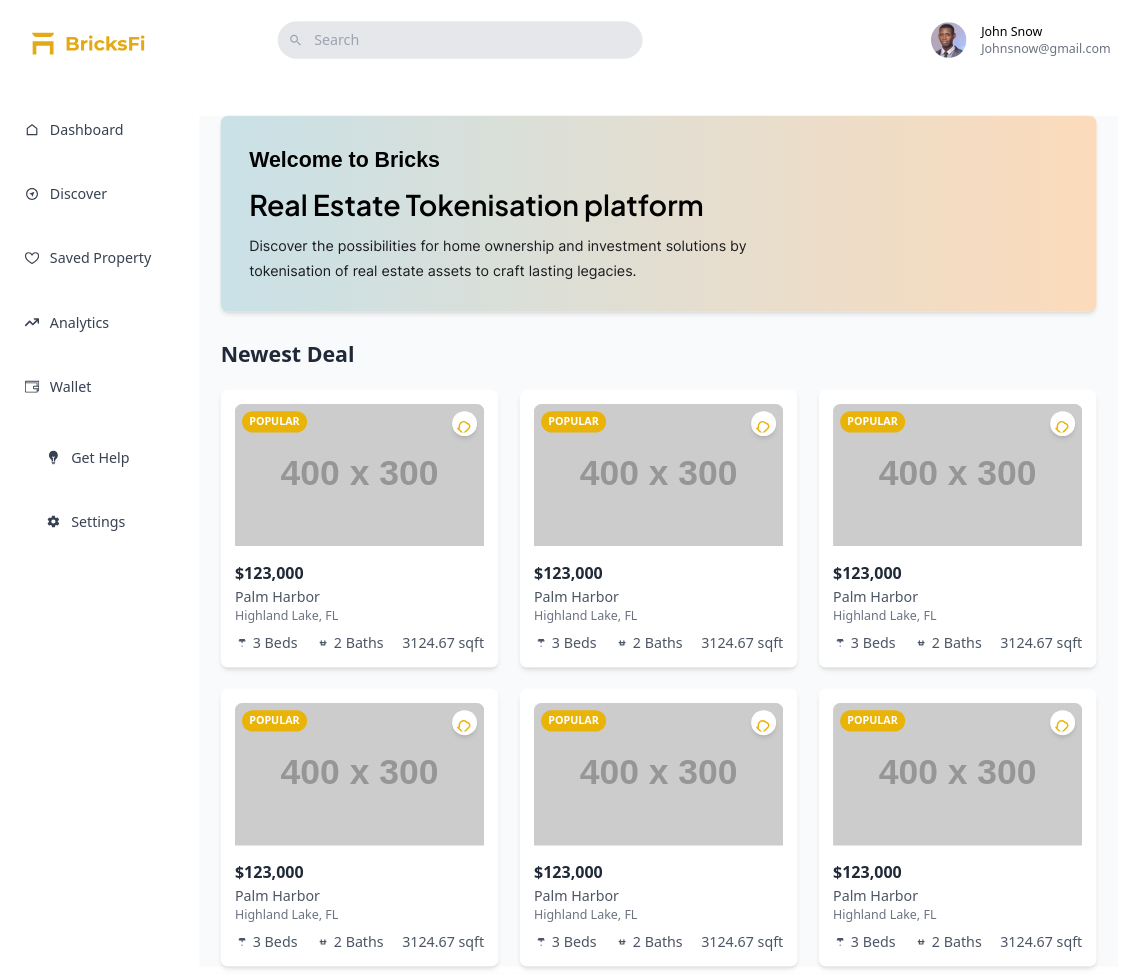
Repository: AyomideAkintade/BricksFi-Frontend
Page: /dashboard/discover (app in client/)
These files come from the project's save history. The page is drawn as it stood at one moment and after the next save; the edit follows.
The browser window is 1280 px wide. The pictures show the whole page, at 89% of full size.
The page's requests for data from a server got no answer. The project was rebuilt for these pictures with package versions that can differ from the ones it lists, and the page was loaded fresh each time. No one was signed in, and anything a server would have sent is missing. Also part of the build but not shown: client/src/components/navbar.jsx, client/src/components/home.jsx, client/src/components/homeSecond.jsx, client/src/components/homeThird.jsx, client/src/components/homeFifth.jsx, client/src/components/homeSixth.jsx, client/src/components/homeSeventh.jsx, client/src/api/base.js and 16 more.

Above is the page before, as saved 2024-10-04 23:38:59.

### client/src/index.css
@import "tailwindcss/base";
@import "tailwindcss/components";
@import "tailwindcss/utilities";


@layer utilities {
    @font-face {
      font-family: Bebas Neue;
      font-weight: 400;
      src: url(/src/assets/fonts/BebasNeue-Regular.ttf) format("truetype");
    }
    @font-face {
      font-family: Manrope;
      src: url(/src/assets/fonts/Manrope-VariableFont_wght.ttf) format("truetype");
    }
    @font-face {
      font-family: DM Sans;
      src: url(/src/assets/fonts/DMSans-VariableFont_opsz.ttf) format("truetype");
    }
    @font-face {
      font-family: inter;
      src: url(/src/assets/fonts/Inter-VariableFont_slnt\,wght.ttf) format("truetype");
    }
    @font-face {
      font-family: Archivo;
      src: url(/src/assets/fonts/Archivo-Bold.ttf) format("truetype");
    }
    @font-face {
      font-family: Rubik;
      src: url(/src/assets/fonts/Rubik-VariableFont_wght.ttf) format("truetype");
    }
    @font-face {
      font-family: CircularStd;
      src: url(/src/assets/fonts/CircularStd-Bold.ttf) format("truetype");
      src: url(/src/assets/fonts/CircularStd-Medium.ttf) format("truetype");
    }
    @font-face {
        font-family: Poppins;
        src: url(/src/assets/fonts/Poppins-Regular.ttf) format("truetype"), url(/src/assets/fonts/Poppins-Bold.ttf) format("truetype"), url(/src/assets/fonts/Poppins-Medium.ttf) format("truetype");
      }
    @font-face {
      font-family: Lato;
      src: url(/src/assets/fonts/Lato-Regular.ttf) format("truetype"), url(/src/assets/fonts/Lato-Bold.ttf) format("truetype");
    }
    @font-face {
      font-family: satoshi;
      src: url(/src/assets/fonts/Satoshi-Variable.ttf) format("truetype");
    }
    @font-face {
      font-family: ClashDisplay;
      src: url(/src/assets/fonts/ClashDisplay-Variable.ttf) format("truetype");
    }
    @font-face {
      font-family: Outfit;
      src: url(/src/assets/fonts/Outfit-VariableFont_wght.ttf) format("truetype");
    }
    @font-face {
      font-family: Futura;
      src: url(/src/assets/fonts/Futura-Std-Book.ttf) format("truetype");
    }
    @font-face {
      font-family: NeurialGrotesk;
      font-weight: normal;
      src:  url(/src/assets/fonts/NeurialGrotesk-Regular.otf) format("opentype");
    }
    @font-face {
      font-family: NeurialGrotesk;
      font-weight: bold;
      src:  url(/src/assets/fonts/NeurialGrotesk-Bold.otf) format("opentype");
    }
    @font-face {
      font-family: NeurialGrotesk;
      font-weight: 500;
      src:  url(/src/assets/fonts/NeurialGrotesk-Medium.otf) format("opentype");
    }
    @font-face {
        font-family: Jakarta;
        src:  url(/src/assets/fonts/PlusJakartaSans-VariableFont_wght.ttf) format("truetype");
      }
}

### client/src/App.js
import { BrowserRouter as Router, Route, Routes } from "react-router-dom";
import Home from "./pages/homePage";
import HomeFourth from "./components/login.jsx";
import HomeEight from "./components/signup.jsx";
import ForgotPasswordPage from "./components/forgotPassword.jsx";
import DashboardLayout from "./pages/dashboardLayout";
import DashboardPage from "./pages/dashboard.jsx";
import PieAnalytics from "./components/analytics.jsx";
import Discover from "./components/discover.jsx";
import SavedPropertyPage from "./components/savedProperties.jsx";
import { ToastContainer } from "react-toastify";
import 'react-toastify/dist/ReactToastify.css';
import { useEffect, useState } from "react";
import { BrCookies } from "./utils/storage/cookies.js";
// import DiscoverPage from "./pages/discover.jsx";
// import SavedPropertyPage from "./pages/savedProperty.jsx";

function App() {

  const [ loggedIn, setLoggedIn ] = useState(false);
  const [ isLoading, setLoading ] = useState(true);

  useEffect(()=>{
    const ck = new BrCookies(document);
    ck.getCookie('authToken')
      .then((value) => {
        setLoggedIn(true);
        setLoading(false);
      })
      .catch((e) => {
        setLoading(false);
        // this.setState({ isLoading: false }); // Set loading to false even if there is an error
      });
  }, [])
  if (isLoading) {
    return <div></div>;
  }

  return (
    <div>
      <ToastContainer limit={5} />
      {loggedIn ?
      <Router>
        <Routes>
          <Route path="*" element={<DashboardLayout />}>
            <Route index element={<DashboardPage />} />
          </Route>
          <Route path="/dashboard" element={<DashboardLayout />}>
            <Route index element={<DashboardPage />} />
            <Route path="discover" element={<Discover/>} />
            <Route path="saved-property" element={<SavedPropertyPage/>} />
            <Route path="analytics" element={<PieAnalytics />} />
          </Route>
        </Routes>
      </Router>
      :
      <Router>
        <Routes>
          {/* Public Routes */}
          <Route path="/" element={<Home />} />
          <Route path="/login" element={<HomeFourth />} />
          <Route path="/signup" element={<HomeEight />} />
          <Route path="/forgot-password" element={<ForgotPasswordPage />} />

          {/* Dashboard Routes with Sidebar and Header */}
          <Route path="/dashboard" element={<DashboardLayout />}>
            <Route index element={<DashboardPage />} />
            <Route path="discover" element={<Discover/>} />
            <Route path="saved-property" element={<SavedPropertyPage/>} />
            <Route path="analytics" element={<PieAnalytics />} />
          </Route>
        </Routes>
      </Router>
      }
    </div>
  );
}

export default App;

### client/src/pages/dashboardLayout.jsx
import React from 'react';
import Sidebar from '../components/sidebar';
import Header from '../components/header';
import { Outlet } from 'react-router-dom';

const DashboardLayout = () => {
  return (
    <div className="flex">
      {/* Sidebar */}
      <Sidebar />

      <div className="flex-1 ml-[200px]">
        {/* Header */}
        <Header />

        <div className="px-6 py-2">
          {/* Outlet will render the child routes here */}
          <Outlet />
        </div>
      </div>
    </div>
  );
};

export default DashboardLayout;

### client/src/components/discover.jsx
import React from 'react';

const properties = [
  {
    id: 1,
    price: "$123,000",
    name: "Palm Harbor",
    location: "Highland Lake, FL",
    bedrooms: 3,
    bathrooms: 2,
    area: "3124.67 sqft",
    imageUrl: "https://via.placeholder.com/400x300", // Replace with actual image URL
    popular: true,
  },
  {
    id: 2,
    price: "$123,000",
    name: "Palm Harbor",
    location: "Highland Lake, FL",
    bedrooms: 3,
    bathrooms: 2,
    area: "3124.67 sqft",
    imageUrl: "https://via.placeholder.com/400x300", // Replace with actual image URL
    popular: true,
  },
  {
    id: 3,
    price: "$123,000",
    name: "Palm Harbor",
    location: "Highland Lake, FL",
    bedrooms: 3,
    bathrooms: 2,
    area: "3124.67 sqft",
    imageUrl: "https://via.placeholder.com/400x300", // Replace with actual image URL
    popular: true,
  },
  {
    id: 4,
    price: "$123,000",
    name: "Palm Harbor",
    location: "Highland Lake, FL",
    bedrooms: 3,
    bathrooms: 2,
    area: "3124.67 sqft",
    imageUrl: "https://via.placeholder.com/400x300", // Replace with actual image URL
    popular: true,
  },
  {
    id: 5,
    price: "$123,000",
    name: "Palm Harbor",
    location: "Highland Lake, FL",
    bedrooms: 3,
    bathrooms: 2,
    area: "3124.67 sqft",
    imageUrl: "https://via.placeholder.com/400x300", // Replace with actual image URL
    popular: true,
  },
  {
    id: 6,
    price: "$123,000",
    name: "Palm Harbor",
    location: "Highland Lake, FL",
    bedrooms: 3,
    bathrooms: 2,
    area: "3124.67 sqft",
    imageUrl: "https://via.placeholder.com/400x300", // Replace with actual image URL
    popular: true,
  },
  // Add more property data as needed
];

const Discover = () => {
  return (
    <div className="bg-gray-50 min-h-screen">
      {/* Hero Section */}
      <section className="bg-gradient-to-r from-[#C9E1E7] to-[#FCDBBB] p-8 rounded-lg mx-6 my-8 shadow-md">
        <div className="flex">
          <div className='flex flex-col gap-2 w-8/12'>
            <h1 className="text-[24px] font-semibold font-[sans-serif]">
              Welcome to Bricks
            </h1>
            <p className="text-[32px] font-semibold font-jakarta">
              Real Estate Tokenisation platform
            </p>
            <p className="text-[#1C1B1F] tracking-[2%] font-inter leading-[28px]">
              Discover the possibilities for home ownership and investment
              solutions by tokenisation of real estate assets to craft lasting
              legacies.
            </p>
          </div>
          {/* <div>
            <img
              src="https://via.placeholder.com/600x400" // Replace with actual image URL
              alt="Real Estate Building"
              className="w-full rounded-lg"
            />
          </div> */}
        </div>
      </section>

      {/* Newest Deal Section */}
      <section className="px-6">
        <h2 className="text-2xl font-semibold text-gray-800 mb-6">Newest Deal</h2>
        <div className="grid grid-cols-1 md:grid-cols-3 lg:grid-cols-3 gap-6">
          {properties.map((property) => (
            <div key={property.id} className="bg-white p-4 rounded-lg shadow-md">
              <div className="relative">
                <img
                  src={property.imageUrl}
                  alt={property.name}
                  className="w-full h-40 object-cover rounded-t-lg"
                />
                {property.popular && (
                  <div className="absolute top-2 left-2 bg-yellow-500 text-white text-xs font-semibold px-2 py-1 rounded-full">
                    POPULAR
                  </div>
                )}
                <button className="absolute top-2 right-2 bg-white p-1 rounded-full shadow-md">
                  <svg
                    xmlns="http://www.w3.org/2000/svg"
                    fill="none"
                    viewBox="0 0 24 24"
                    stroke="currentColor"
                    className="w-5 h-5 text-yellow-500"
                  >
                    <path
                      strokeLinecap="round"
                      strokeLinejoin="round"
                      strokeWidth={2}
                      d="M5.121 17.804A4.992 4.992 0 015 15c0-1.38.56-2.63 1.464-3.536l.707-.707c.879-.88 2.03-1.464 3.537-1.464 1.507 0 2.658.584 3.537 1.464l.707.707A4.992 4.992 0 0119 15a4.992 4.992 0 01-1.465 3.535l-6.585 6.585a1 1 0 01-1.414 0l-6.585-6.585z"
                    />
                  </svg>
                </button>
              </div>
              <div className="mt-4">
                <h3 className="text-lg font-semibold text-gray-800">{property.price}</h3>
                <p className="text-gray-600">{property.name}</p>
                <p className="text-sm text-gray-500">{property.location}</p>
                <div className="flex items-center justify-between mt-2">
                  <div className="flex items-center text-gray-600">
                    <svg
                      xmlns="http://www.w3.org/2000/svg"
                      fill="none"
                      viewBox="0 0 24 24"
                      stroke="currentColor"
                      className="w-4 h-4 mr-1"
                    >
                      <path
                        strokeLinecap="round"
                        strokeLinejoin="round"
                        strokeWidth={2}
                        d="M8 7h8M7 9h10M12 12V9m0 9h.01"
                      />
                    </svg>
                    {property.bedrooms} Beds
                  </div>
                  <div className="flex items-center text-gray-600">
                    <svg
                      xmlns="http://www.w3.org/2000/svg"
                      fill="none"
                      viewBox="0 0 24 24"
                      stroke="currentColor"
                      className="w-4 h-4 mr-1"
                    >
                      <path
                        strokeLinecap="round"
                        strokeLinejoin="round"
                        strokeWidth={2}
                        d="M7 12h10M9 12v4h6v-4M9 9v3m6-3v3"
                      />
                    </svg>
                    {property.bathrooms} Baths
                  </div>
                  <div className="text-gray-600">{property.area}</div>
                </div>
              </div>
            </div>
          ))}
        </div>
      </section>
    </div>
  );
};

export default Discover;

### client/src/utils/storage/cookies.js

// eslint-disable-next-line no-unused-vars
class BrCookies {

    constructor(document) {
        this.document = document || (typeof document !== "undefined" ? document : null);
    }

    /**
     *
     * @param {Array<CookieData>} dataList
     */

    saveCookies(dataList){

        if (!Array.isArray(dataList)) {
            throw new Error("Data list must be an array.");
        }

        for (const data of dataList) {
            if (!(data instanceof CookieData)) {
                throw new Error("Invalid cookie data format.");
            }

            // save each cookie
            let cookieValue = `${data.name}=${data.value}; expires=${data.expiryDate.toUTCString()}; path=/`;

            // Set SameSite=None if running on localhost
            if (window.location.hostname !== 'localhost') {

                cookieValue += '; SameSite=Strict; Secure'
            }

            this.document.cookie = cookieValue;
        }
    }

    async getCookie(name) {
        return new Promise((resolve, reject) => {
          const cookies = this.document.cookie.split('; ');
          for (const cookie of cookies) {
            const [cookieName, cookieValue] = cookie.split('=');
            if (cookieName === name) {
              resolve(cookieValue);
              return;
            }
          }
          reject(new Error(`Cookie with name ${name} not found.`));
        });
    }

    removeCookie(name) {
        this.document.cookie = name + "=;Path=/;expires=Thu, 01 Jan 1970 00:00:00 GMT";
    }

    removeAllCookies() {
        const cookies = this.document.cookie.split(";");
        for (var i = 0; i < cookies.length; i++) {
            const cookie = cookies[i];
            const eqPos = cookie.indexOf("=");
            const name = eqPos > -1 ? cookie.substr(0, eqPos) : cookie;
            document.cookie = name + "=;Path=/;expires=Thu, 01 Jan 1970 00:00:00 GMT";
        }
    }
}


class CookieData {
    constructor(name, value, expiryDate) {

        if (typeof name !== "string" || typeof value !== "string" || !(expiryDate instanceof Date) || name.length === 0) {
            throw new Error("Invalid CookieData format.");
        }

        this.name = name;
        this.value = value;
        this.expiryDate = expiryDate;
    }
}

function createCookieDate(timeInSec) {

    const timeInDays = timeInSec / (3600 * 24);

    const currentDate = new Date();

    const futureDate = new Date();
    futureDate.setDate(currentDate.getDate() + timeInDays);


    return futureDate
}


export { BrCookies, CookieData, createCookieDate };

### client/src/components/sidebar.jsx
import React from 'react';
import { Link } from 'react-router-dom';
import { RiHomeLine } from "react-icons/ri";
import { RiCompassDiscoverLine } from "react-icons/ri";
import { GrFavorite } from "react-icons/gr";
import { FaArrowTrendUp } from "react-icons/fa6";
import { TfiWallet } from "react-icons/tfi";
import { IoBulbSharp } from "react-icons/io5";
import { IoMdSettings } from "react-icons/io";
import BricksFi from "../assets/bricksfi.svg"

const Sidebar = () => {
  return (
    <aside className="bg-white h-screen w-[15%] fixed p-3 min-w-[200px]">
      <div className="p-6">
        <img
        src={BricksFi}
        alt='BricksFi'
        className='w-full'
        />
      </div>
      <nav className="mt-8">
        <ul className="space-y-4">
          <li className="p-4 hover:bg-yellow-100">
            <Link to="/dashboard" className="flex items-center text-gray-700">
              <RiHomeLine className="mr-3" /> Dashboard
            </Link>
          </li>
          <li className="p-4 hover:bg-yellow-100">
            <Link to="/dashboard/discover" className="flex items-center text-gray-700">
              <RiCompassDiscoverLine className="mr-3" /> Discover
            </Link>
          </li>
          <li className="p-4 hover:bg-yellow-100">
            <Link to="/dashboard/saved-property" className="flex items-center text-gray-700">
              <GrFavorite className="mr-3" /> Saved Property
            </Link>
          </li>
          <li className="p-4 hover:bg-yellow-100">
            <Link to="/dashboard/analytics" className="flex items-center text-gray-700">
              <FaArrowTrendUp className="mr-3" /> Analytics
            </Link>
          </li>
          <li className="p-4 hover:bg-yellow-100">
            <Link to="/dashboard/wallet" className="flex items-center text-gray-700">
              <TfiWallet className="mr-3" /> Wallet
            </Link>
          </li>
        </ul>
      </nav>
      <div className="mt-auto p-6">
        <ul className="space-y-4">
          <li className="p-4 hover:bg-yellow-100">
            <Link to="/" className="flex items-center text-gray-700">
              <IoBulbSharp className="mr-3" /> Get Help
            </Link>
          </li>
          <li className="p-4 hover:bg-yellow-100">
            <Link to="/" className="flex items-center text-gray-700">
              <IoMdSettings className="mr-3" /> Settings
            </Link>
          </li>
        </ul>
      </div>
    </aside>
  );
};

export default Sidebar;

### client/src/components/header.jsx
import React from 'react';
import COCO from "../assets/clem.jpeg"
import { IoMdSearch } from "react-icons/io";
import { IoNotificationsOutline } from "react-icons/io5";

const Header = () => {
  return (
    <div className="w-full flex gap-10 justify-between items-center py-6 bg-white sticky top-0 z-50 px-12" >
      {/* style={{boxShadow: "1px 1px 20px -8px #0000001A"}} */}
      <div className='px-16 w-full'>
      <div className="relative w-2/3">
        <input
          type="text"
          placeholder="Search"
          className="p-2 pl-10 w-full border rounded-full bg-gray-200 text-black focus:outline-none"
        />
        <IoMdSearch className="absolute left-3 top-1/2 transform -translate-y-1/2 text-gray-400" />
      </div>
      </div>
      <div className="flex items-center space-x-4 ">
        <IoNotificationsOutline className="text-gray-700 text-2xl" />
        <img
          src={COCO}
          alt="profile"
          className="rounded-full h-10 w-10"
        />
        <div className="">
          <span className="block text-sm font-medium">John Snow</span>
          <span className="block text-sm text-gray-500">Johnsnow@gmail.com</span>
        </div>
      </div>
    </div>
  );
};

export default Header;

### client/tailwind.config.js
/** @type {import('tailwindcss').Config} */
module.exports = {
  content: ["./src/**/*.{html,js,jsx}"],
  theme: {
    extend: {
      fontFamily: {
        Bebas: ['Bebas Neue'],
        Manrope: ['Manrope'],
        dmsans: ['DM Sans'],
        inter: ['inter'],
        Archivo: ['Archivo'],
        Rubik: ['Rubik'],
        CircularStd: 'CircularStd',
        Poppins: 'Poppins',
        Lato: 'Lato',
        satoshi: 'satoshi',
        ClashDisplay: 'ClashDisplay',
        outfit: 'Outfit',
        futura: 'Futura',
        Neurial: 'NeurialGrotesk',
        jakarta: 'Jakarta'
      }
    },
    screens: {
      sm: '640px',
      // => @media (min-width: 640px) { ... }

      md: '768px',
      // => @media (min-width: 768px) { ... }

      lg: '1024px',
      // => @media (min-width: 1024px) { ... }

      xl: '1280px',
      // => @media (min-width: 1280px) { ... }

      '2xl': '1536px',
      // => @media (min-width: 1536px) { ... }
      'custombp': {'raw': '(min-height: 375px),(min-width:768px)'}
    },
  },
  plugins: [],
}

Loaded but not shown: client/public/index.html (common file); client/src/index.js (common file); client/src/reportWebVitals.js (common file)

After the next save:
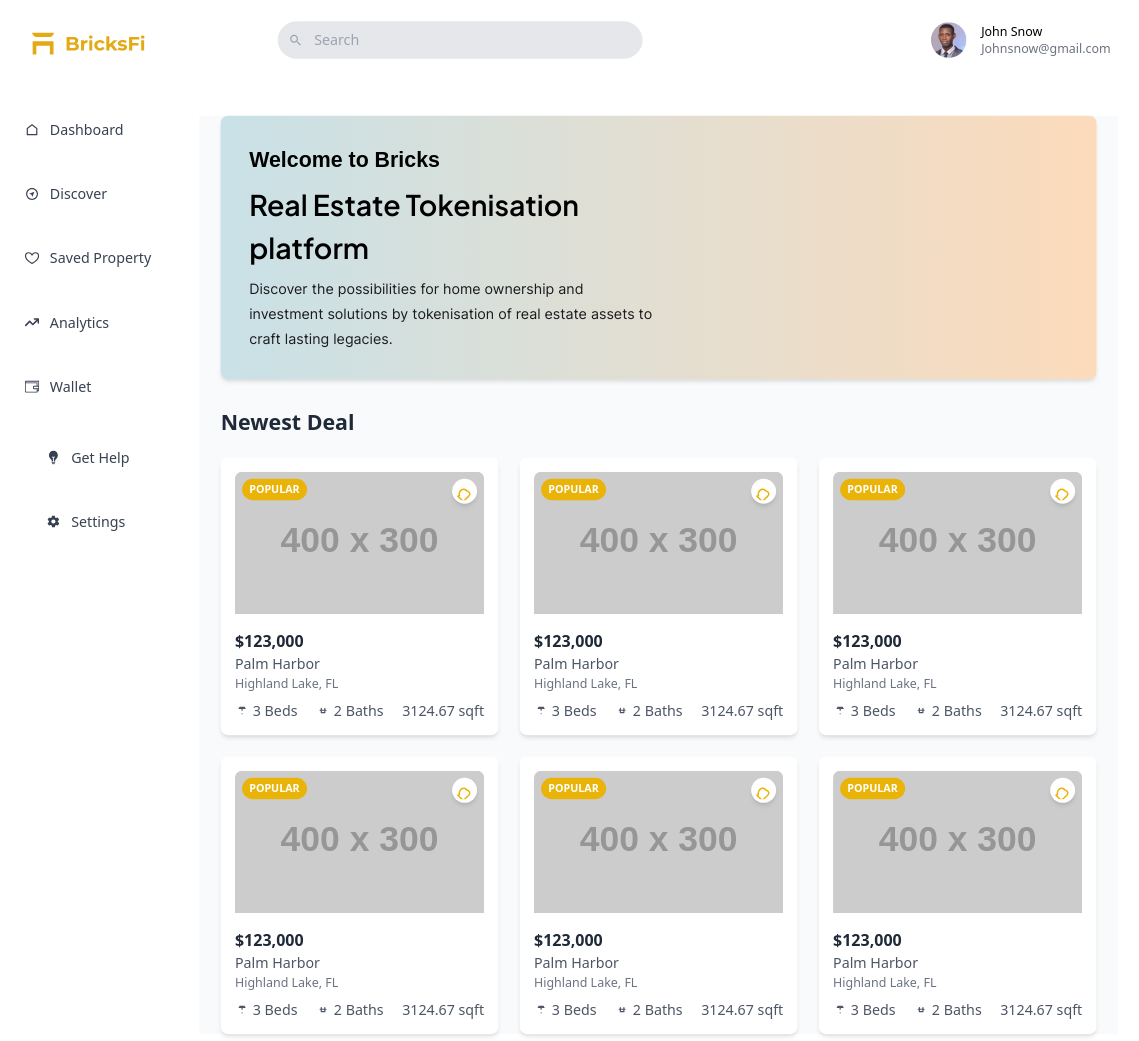
Saved 6 s later.
--- a/client/src/components/discover.jsx
+++ b/client/src/components/discover.jsx
@@ -76,7 +76,7 @@ const Discover = () => {
       {/* Hero Section */}
       <section className="bg-gradient-to-r from-[#C9E1E7] to-[#FCDBBB] p-8 rounded-lg mx-6 my-8 shadow-md">
         <div className="flex">
-          <div className='flex flex-col gap-2 w-8/12'>
+          <div className='flex flex-col gap-2 w-6/12'>
             <h1 className="text-[24px] font-semibold font-[sans-serif]">
               Welcome to Bricks
             </h1>
